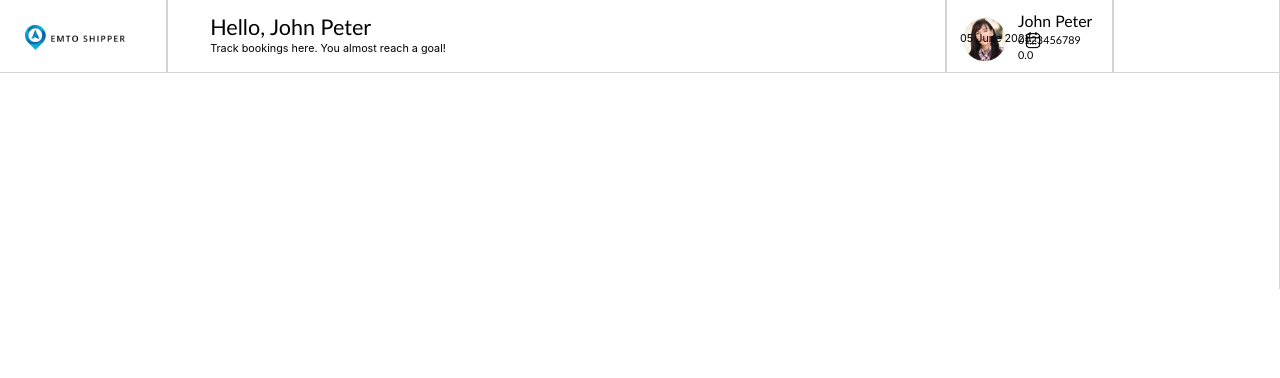
Repository: RoshanArun/Emto-Web
Page: /dashboard (app in emto/reactfirst/)
These files come from the project's save history. The page is drawn as it stood at one moment and after the next save; the edit follows.
The browser window is 1280 px wide. The pictures show the whole page.
The project was rebuilt for these pictures with package versions that can differ from the ones it lists, and the page was loaded fresh each time. Also part of the build but not shown: emto/reactfirst/src/pages/SignUp/SignUp.css, emto/reactfirst/src/pages/SignUp/SignUp.js, emto/reactfirst/src/pages/Login/Login.js.

Above is the page before, as saved 2023-07-27 12:23:20.

### emto/reactfirst/src/App.js
import React from 'react';
import './pages/Login/Login.css';
import './pages/SignUp/SignUp.css';
import './pages/DashBoard/DashBoard.css';

import { BrowserRouter as Router, Routes, Route }
    from 'react-router-dom';

import SignUp from './pages/SignUp/SignUp';
import Login from './pages/Login/Login';
import DashBoard from './pages/DashBoard/DashBoard';


function App() {
    return (
        <Router>
            <Routes>
                <Route exact path='/' element={<Login />} />
                <Route path='/sign-up' element={<SignUp />} />
                <Route path='/dashboard' element={<DashBoard />} />
            </Routes>
        </Router>
    );
}

export default App;

### emto/reactfirst/src/pages/Login/Login.css
.wrapper {
  width: 100%;
  height: 100%;
  display: flex;
  flex-basis: 100%;
}

.page-left {
  width: 30%;
  min-width: 250px;
  height: 100vh;
  min-height: 570px;
  background-color: #f5f5f5;
}

.page-right {
  width: 100%;
  height: 75vh;
  background-color: #ffffff;
}

.logo {
  width: 60%;
  padding-top: 5%;
  padding-left: 5%;
  padding-bottom: 35%;
}

.truck {
  width: 100%;
  padding-bottom: 10%;
}

.emtocaption {
  width: 65%;
  padding-left: 7%;
  padding-bottom: 5%;
}

.box {
  width: 85%;
  background-color: white;
  border-radius: 25px;
  margin-left: 5%;
  padding-left: 5%;
  padding-top: 2%;
  padding-bottom: 10%;
}

.details {
  font-size: 13px;
  font-family: 'Gill Sans', 'Gill Sans MT', Calibri, 'Trebuchet MS', sans-serif;
  padding-bottom: 8%;
}

.link {
  font-size: 10px;
  font-family: 'Gill Sans', 'Gill Sans MT', Calibri, 'Trebuchet MS', sans-serif;
}

.signin-content {
  height: 85%;
  width: 240px;
  margin-left: auto;
  margin-right: auto;
  padding-top: 30vh;
  min-height: 300px;
}

.signin-label {
  font-size: 27px;
  padding-bottom: 10%;
  padding-right: 30%;
  font-family: 'Gill Sans', 'Gill Sans MT', Calibri, 'Trebuchet MS', sans-serif;
  float: left;
}

.num-label {
  float: left;
  font-size: 12px;
  margin-bottom: 7px;
  font-family: 'Gill Sans', 'Gill Sans MT', Calibri, 'Trebuchet MS', sans-serif;
}

.numinput {
  border-radius: 5px;
  border: 1px solid lightgrey;
  height: 35px;
  width: 235px;
  float: left;
}

input::-webkit-inner-spin-button {
  -webkit-appearance: none;
  margin: 0;
}

.small {
  display: block;
  margin-bottom: -10px;
}

.invalidnumber {
  font-size: 8px;
  float: right;
  color: red;
}

.OTP-label {
  float: left;
  font-size: 11px;
  margin-right: 200px;
  margin-bottom: 7px;
  font-family: 'Gill Sans', 'Gill Sans MT', Calibri, 'Trebuchet MS', sans-serif;
}

.OTPNUM-input {
  width: 50px;
  height: 50px;
  border-radius: 5px;
  border: 1px solid lightgrey;
  position: relative;
  margin-right: 6px;
}

.OTPNUM-inputend {
  width: 50px;
  height: 50px;
  border-radius: 5px;
  border: 1px solid lightgrey;
  position: relative;
}

.invalidOTP {
  font-size: 8px;
  float: right;
  color: red;
}

.submit-button {
  width: 240px;
  height: 35px;
  background-color: #0d69ae;
  color: white;
  border-radius: 5px;
  border: 1px solid lightgrey;
  font-family: 'Gill Sans', 'Gill Sans MT', Calibri, 'Trebuchet MS', sans-serif;
  font-size: 11px;
  margin-top: 10px;
}

.bottom {
  height: 5%;
  margin-top: 1.5%;
  width: 100%;
  font-size: 9px;
  font-family: 'Gill Sans', 'Gill Sans MT', Calibri, 'Trebuchet MS', sans-serif;
}

.terms {
  margin-left: 5px;
  float: left;
}

.language {
  font-size: 9px;
  float: right;
  font-family: 'Gill Sans', 'Gill Sans MT', Calibri, 'Trebuchet MS', sans-serif;
  padding: 3px;
  margin-right: 10px;
}

.radio-button {
  float: right;
  height: 10px;
  width: 10px;
}

@media (max-width: 600px) {
  .wrapper {
    flex-wrap: wrap;
  }

  div {
    flex-basis: 33%;
  }

  .page-left {
    width: 100%;
    min-width: 100%;
    height: 100%;
    background-color: #f5f5f5;
  }

  .box {
    width: 85%;
    background-color: white;
    border-radius: 25px;
    margin-left: 5%;
    padding-left: 5%;
    padding-top: 2%;
    padding-bottom: 5%;
    margin-bottom: 5%;
  }

  .page-right {
    width: 100%;
    min-width: 100%;
    height: 150vw;
    background-color: #f5f5f5;
  }

  .signin-content {
    height: 85%;
    width: 240px;
    padding-top: 25vh;
    text-align: center;

  }
}

### emto/reactfirst/src/pages/DashBoard/DashBoard.css
.dash-top{
  height: 10vh;
  width: 100vw;
  outline: 1px solid lightgray;
  min-height: 65px;
  display: flex;
}

.top1{
  width: 15vw;
  outline: 1px solid lightgray;
  min-height: 65px;
}

.top2{
  width: 70vw;
  outline: 1px solid lightgray;
  min-height: 65px;
}

.top3{
  width: 15vw;
  outline: 1px solid lightgray;
  min-height: 65px;
}

.dash-bottom{
    height: 40vh;
    width: 10vw;
    outline: 1px solid lightgray;
    min-height: 65px;
    display: flex;
}

.bottom1{
  width: 15vw;
  outline: 1px solid lightgray;
  min-height: 65px;
}

.dashboard-right{
  width: 100vw;
}

.right1{
  width: 60vw;
  height: 100vh;
  outline: 1px solid lightgray;
}

.right2{
  width: 10vw;
  height: 30vh;
  outline: 1px solid lightgray;
}

.dashboard-top {
  height: 10vh;
  width: 74vw;
  outline: 1px solid lightgray;
  min-height: 65px;
}

.dashboard-top2 {
  height: 10vh;
  width: 20vw;
  outline: 1px solid lightgray;
  min-height: 65px;
}

.dashboard-left {
  width: 15vw;
  height: 100vh;
  outline: 1px solid lightgray;
  min-width: 130px;
}

.dashboardlogo {
  width: 60%;
  margin-top: 15%;
  margin-bottom: 15%;
  margin-left: 15%;
}

.dashboardicon {
  margin-top: 12%;
  margin-left: 15%;
  width: 13%;
}

.dashboardlabels {
  margin-left: 7%;
  font-size: 1vw;
  position: relative;
  bottom: .5vw;
  font-family: 'Gill Sans', 'Gill Sans MT', Calibri, 'Trebuchet MS', sans-serif;
  color: black;
}

.pro {
  font-size: 1.0vw;
  font-weight: bold;
  text-align: center;
  display: block;
  margin-bottom: 5%;
  margin-top: 15%;
}

.unlock {
  display: block;
  font-size: .8vw;
  word-wrap: break-word;
  text-align: center;

}

.unlock2 {
  font-size: .8vw;
  text-align: center;
  display: block;

}

.upgrade {
  background-color: lightblue;
  border: none;
  border-radius: 15px;
  width: 45%;
  height: 3.5%;
  margin-left: auto;
  margin-right: auto;
  display: grid;
  margin-bottom: 15vh;


  text-align: center;
  font-size: .9vw;
  font-weight: bold;
  align-items: center;
}

.intro {
  font-size: 3vh;
  font-family: 'Gill Sans', 'Gill Sans MT', Calibri, 'Trebuchet MS', sans-serif;
  padding-left: 6vh;
  margin-top: 2vh;
  display: inline-block;
}

.introsub {
  margin-left: 6vh;
  font-size: 1.5vh;
  margin-top: 2px;
  display: flex;
}


.Calender {
  margin-left: auto;
  font-size: 1.5vh;
  position: absolute;
  top: 4.5%;
  left: 75%
}

.calenderIcon {
  width: 2.5vh;
  margin-left: 5vw;
  position: absolute;
  top: 4.25%;
  left: 75%
}

.profileIcon {
  width: 6vh;
  margin-left: 10%;
  margin-top: 2.5vh;
}

.userLabel {
  margin-left: 10vh;
  font-size: 2.2vh;
  position: relative;
  bottom: 7.5vh;
  font-family: 'Gill Sans', 'Gill Sans MT', Calibri, 'Trebuchet MS', sans-serif;
  color: black;
  display: block;
  margin-bottom: -17.5px
}

.userLabel2 {
  margin-left: 10vh;
  font-size: 1.5vh;
  position: relative;
  bottom: 7.5vh;
  font-family: 'Gill Sans', 'Gill Sans MT', Calibri, 'Trebuchet MS', sans-serif;
  color: black;
  display: block;
  margin-bottom: -17.5px
}

.box{
  margin-top: 5vh;
  height: 6vh;
  width: 12.5vw;
  outline: 1px solid lightgray;
  display: inline-block;
}

### emto/reactfirst/src/pages/DashBoard/DashBoard.js
import React from 'react';
import IMAGES from '../../Components';

const DashBoard = () => {
    return (
        <div class="DashBoard">
            <meta name="viewport" content="width=device-width, initial-scale=1.0" />
            <div class="wrapper">
                <div class="dash-top">
                    <div class="top1">
                        <img src={IMAGES.emtologo} class="dashboardlogo" alt="dashboardlogo" /><br></br>
                    </div>
                    <div class="top2">
                        <label class="intro">Hello, John Peter</label>
                        <label class="Calender">05 June 2023</label>
                        <img src={IMAGES.calender} class="calenderIcon" alt="dashboardlogo" /><br></br>
                        <label class="introsub">Track bookings here. You almost reach a goal!</label>
                    </div>
                    <div class="top3">
                        <img src={IMAGES.profile} class="profileIcon" alt="dashboardlogo" />
                        <label class="userLabel">John Peter</label><br></br>
                        <label class="userLabel2">0123456789</label><br></br>
                        <label class="userLabel2">0.0</label><br></br>
                    </div>

                    <div class="bottom1">

                    </div>
                    <div class="bottom2">

                    </div>
                    <div class="bottom3">

                    </div>
                </div>

                <div class="dash-bottom">


                </div>
                {/* <div class="dashboard-left">

                    <img src={IMAGES.dashboard} class="dashboardicon" alt="dashboardlogo" /><label class="dashboardlabels">Dashboard</label><br></br>
                    <img src={IMAGES.senders} class="dashboardicon" alt="dashboardlogo" /><label class="dashboardlabels">Senders</label><br></br>
                    <img src={IMAGES.recievers} class="dashboardicon" alt="dashboardlogo" /><label class="dashboardlabels">Recievers</label><br></br><br></br><br></br><br></br><br></br>
                    <label class="pro">Upgrade to Pro</label>
                    <label class="unlock">Get 1 Month Free</label>
                    <label class="unlock2">and Unlock</label><br></br>
                    <button class="upgrade">Upgrade</button>

                    <img src={IMAGES.settings} class="dashboardicon" alt="dashboardlogo" /><label class="dashboardlabels">Settings</label><br></br>
                    <img src={IMAGES.csx} class="dashboardicon" alt="dashboardlogo" /><label class="dashboardlabels">Help Desk</label><br></br>
                    <img src={IMAGES.logout} class="dashboardicon" alt="dashboardlogo" /><label class="dashboardlabels">Logout</label><br></br>
                </div>

                <div class="dashboard-right">

                    <div class="dashboard-top">

                    </div>

                    <div class="right1">
                        <div class="box">

                        </div>
                        <div class="box">

                        </div>
                        <div class="box">

                        </div>
                        <div class="box">

                        </div>
                        <div class="box">

                        </div>
                        <div class="box">

                        </div>
                        <div class="box">

                        </div>
                        <div class="box">

                        </div>
                        <div class="box">

                        </div>
                    </div>


                    <div class="right2"></div>

                </div> */}



                {/* <div class="dashboard-top2">

                </div> */}
            </div>


        </div>
    );
}



export default DashBoard;

### emto/reactfirst/src/Components/index.js
const IMAGES = {
    emtocaption: require('./emto-caption.png'),
    emtotruck: require('./emtotruck.jpg'),
    emtologo: require('./emto-logo.png'),

    dashboard: require('./business-report.png'),
    senders: require('./senders.png'),
    recievers: require('./recievers.png'),

    settings: require('./settings.png'),
    csx: require('./customer-service.png'),
    logout: require('./logout.png'),

    calender: require('./calendar.png'),
    profile: require('./profile.png')


}

export default IMAGES;

Loaded but not shown: emto/reactfirst/public/index.html (common file); emto/reactfirst/src/index.js (common file); emto/reactfirst/src/index.css (common file); emto/reactfirst/src/reportWebVitals.js (common file)

After the next save:
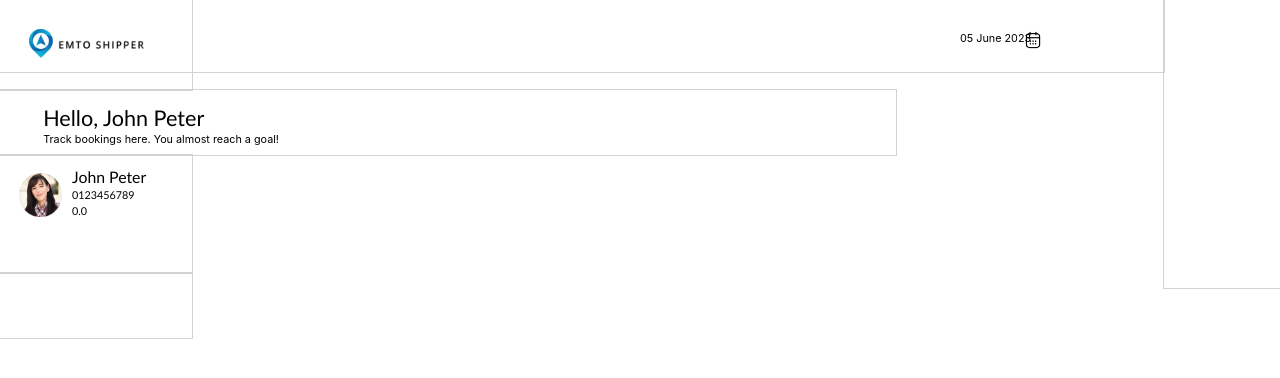
Saved 9 s later.
--- a/emto/reactfirst/src/pages/DashBoard/DashBoard.css
+++ b/emto/reactfirst/src/pages/DashBoard/DashBoard.css
@@ -3,7 +3,7 @@
   width: 100vw;
   outline: 1px solid lightgray;
   min-height: 65px;
-  display: flex;
+  display: flexbox;
 }
 
 .top1{

After the save that followed:
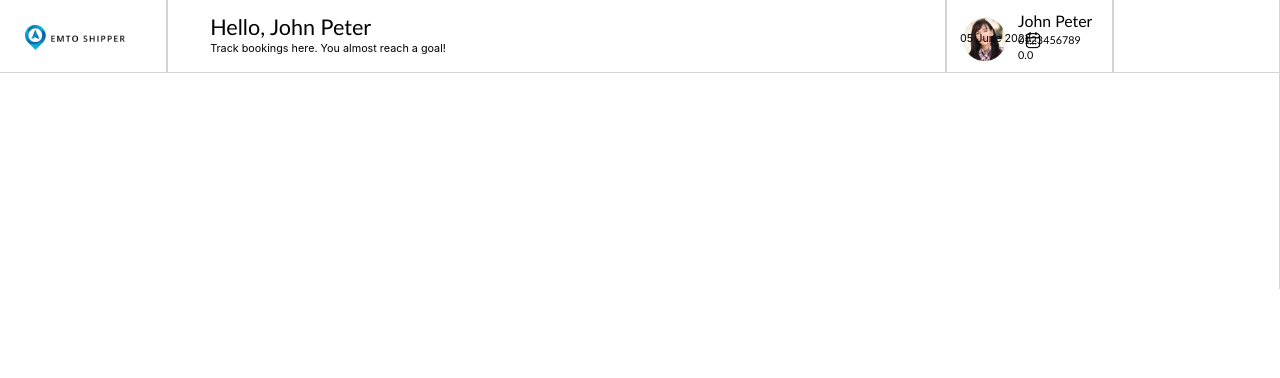
Saved 15 s later.
--- a/emto/reactfirst/src/pages/DashBoard/DashBoard.css
+++ b/emto/reactfirst/src/pages/DashBoard/DashBoard.css
@@ -3,7 +3,7 @@
   width: 100vw;
   outline: 1px solid lightgray;
   min-height: 65px;
-  display: flexbox;
+  display: inline-flex;
 }
 
 .top1{
